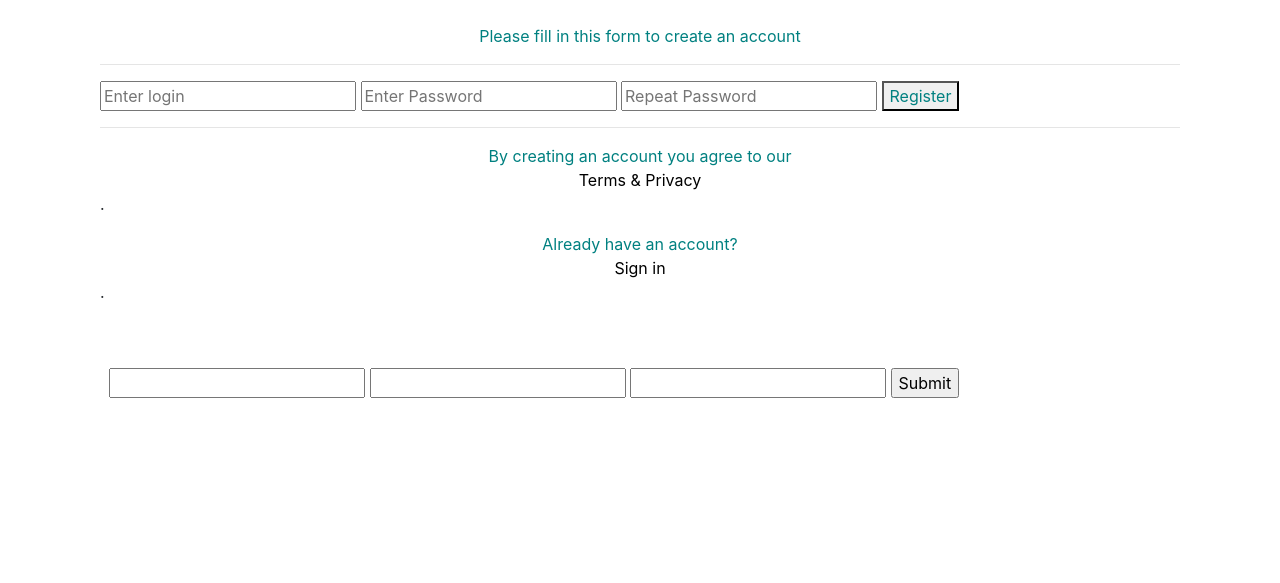
Repository: Serpaton/Work-place
Page: http://localhost/registration
The author's editor kept a copy of each file at every save. The page is drawn from the files as they stood at one save, then again after the next save.
The browser window is 1280 px wide. The pictures show the whole page.
The page is this project's Thymeleaf template; nobody is signed in. The template is opened directly, without the code that normally fills it, so the values that code supplies are empty.

Above is the page before, as saved 2020-02-24 22:29:43.
Console error: TypeError: Cannot read properties of undefined (reading 'fn')

### My projects/NewsBlogg/NewsBlogg/src/main/resources/templates/registration.html
<!DOCTYPE html>
<html lang="en" xmlns:th="http://www.thymeleaf.org">
<head>
    <meta charset="utf-8">
    <meta name="viewport" content="width=device-width, initial-scale=1, shrink-to-fit=no">

    <title>Login</title>

    <link rel="stylesheet" href="https://stackpath.bootstrapcdn.com/bootstrap/4.3.1/css/bootstrap.min.css"/>
    <link rel="stylesheet" th:href="@{/css/main.css}"/>
</head>

<body>



<main role="main" class="container">

<form action="action_page.php">
<div class="container">
<font color="#008080"><p><center>Please fill in this form to create an account</center></p></font>
<hr>


<input type="text" placeholder="Enter login" name="email" required>


<input type="password" placeholder="Enter Password" name="psw" required>


<input type="password" placeholder="Repeat Password" name="psw-repeat" required>

<button type="submit" class="registerbtn"><font color="#008080">Register</font></button>
<hr>

<p><font color="#008080"><center>By creating an account you agree to our </center><a href="#"></font><font color="#000000"><center>Terms & Privacy</center></font></a>.</p>
</div>

<div class="container signin">
<p><font color="#008080"><center>Already have an account? </center><a href="login"></font><font color="#000000"><center>Sign in</center></font></a>.</p>
</div>
</form>
    <div class="starter-template">
        <form th:action="@{/registration}" th:object="${request}" method="post">
        	<input type="text" name="name" th:field="*{name}"/>
        	<input type="text" name="login" th:field="*{login}"/>
        	<input type="password" name="password" th:field="*{password}"/>
        	<input type="submit"/>
        </form>

    </div>

</main>

<!-- /.container -->

<script type="text/javascript" src="https://stackpath.bootstrapcdn.com/bootstrap/4.3.1/js/bootstrap.min.js"></script>
</body>
</html>

### My projects/NewsBlogg/NewsBlogg/src/main/resources/static/css/main.css
body {
	padding-top: 0.5rem;
}
.starter-template {
	padding: 3rem 1.5rem;
	text-aling: center;
}
h1{
	color:#0000FF;
}
h2{
	color:#FF0000;
}

After the next save:
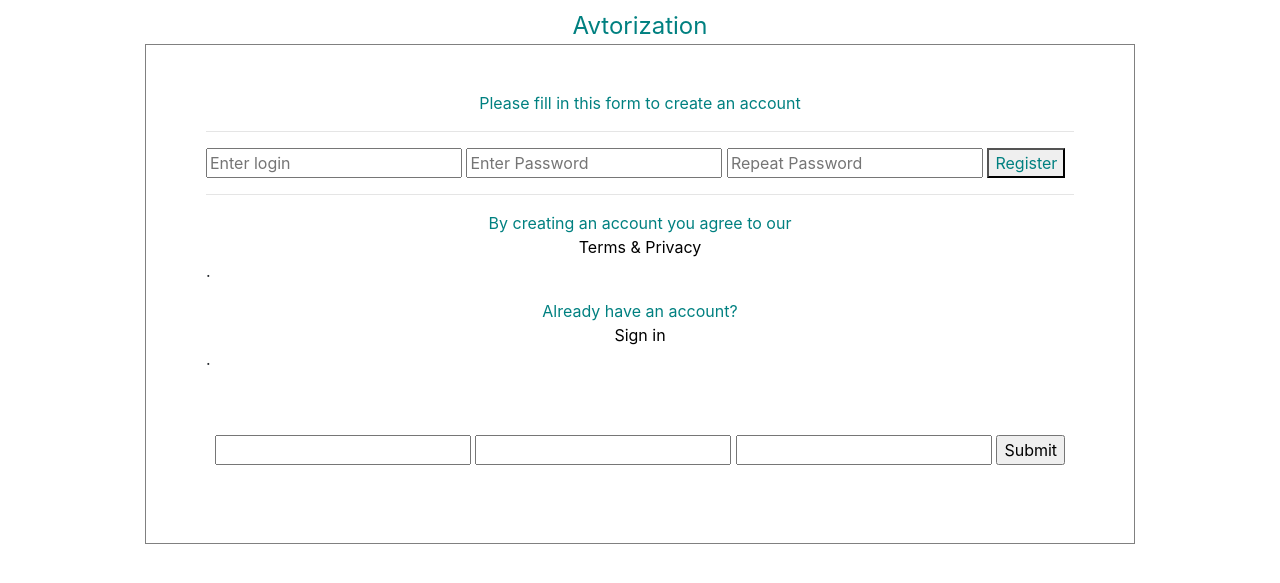
Saved 42 s later.
--- a/My projects/NewsBlogg/NewsBlogg/src/main/resources/templates/registration.html
+++ b/My projects/NewsBlogg/NewsBlogg/src/main/resources/templates/registration.html
@@ -12,7 +12,15 @@
 
 <body>
 
+<font color="#008080" size="+2"><div><center>Avtorization</center></div></a></font>
 
+
+<table cellpadding="0" cellspacing="0" width="100%" height="100%">
+  <tr>
+    <td align="center">
+      <table cellpadding="30" cellspacing="4" border="1">
+        <tr>
+          <td>
 
 <main role="main" class="container">
 
